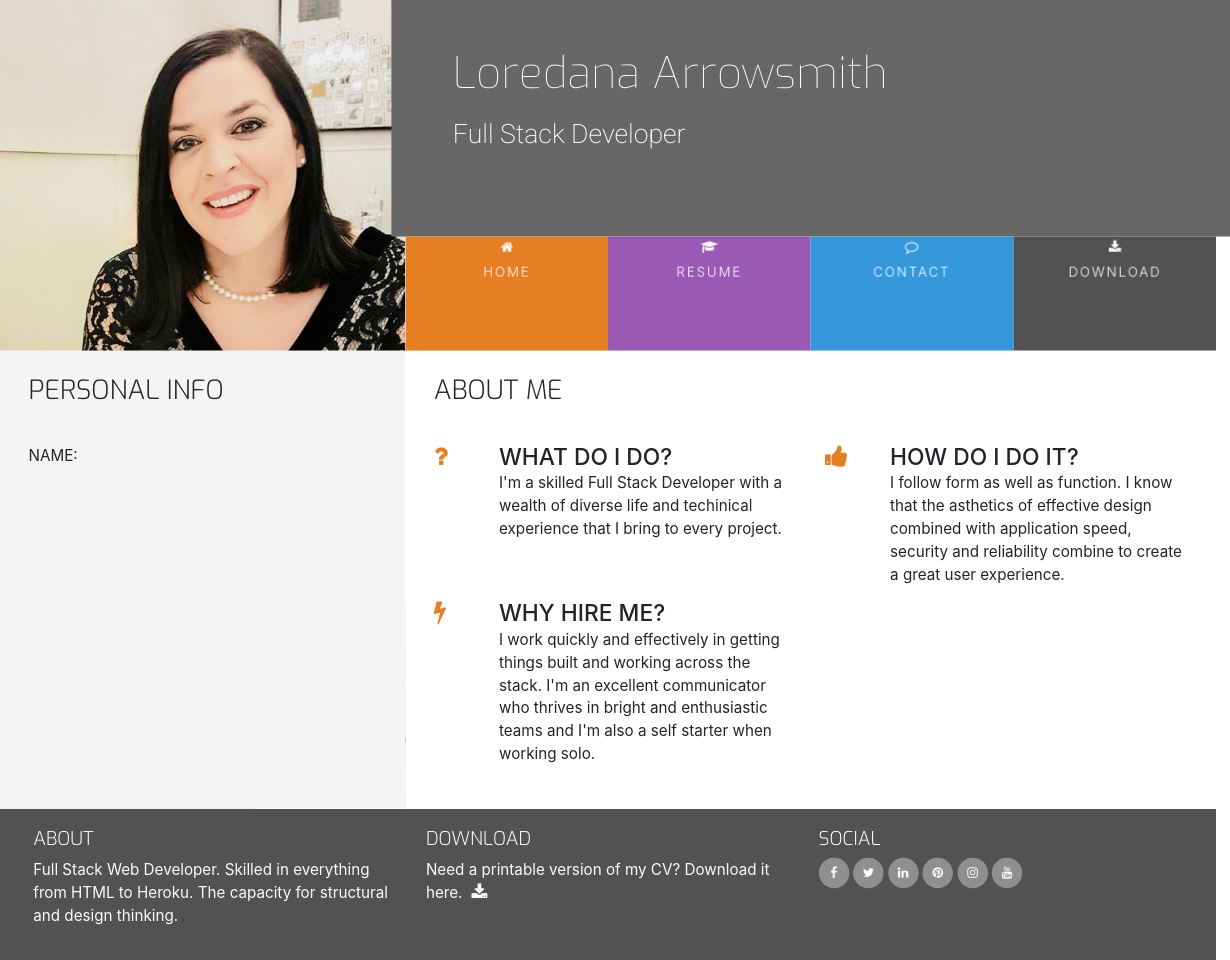
Repository: lolalongo11/Loredana-Resume
Page: index.html
The author's editor kept a record of every edit. The page is drawn from the files as they stood at one moment, then again after the next edit.
The browser window is 1280 px wide. The page is 1295 px wide, so the pictures cover 1295 px, including what lies to the right of the window. The pictures show the whole page, at 95% of full size.

Above is the page before.

After the next edit:
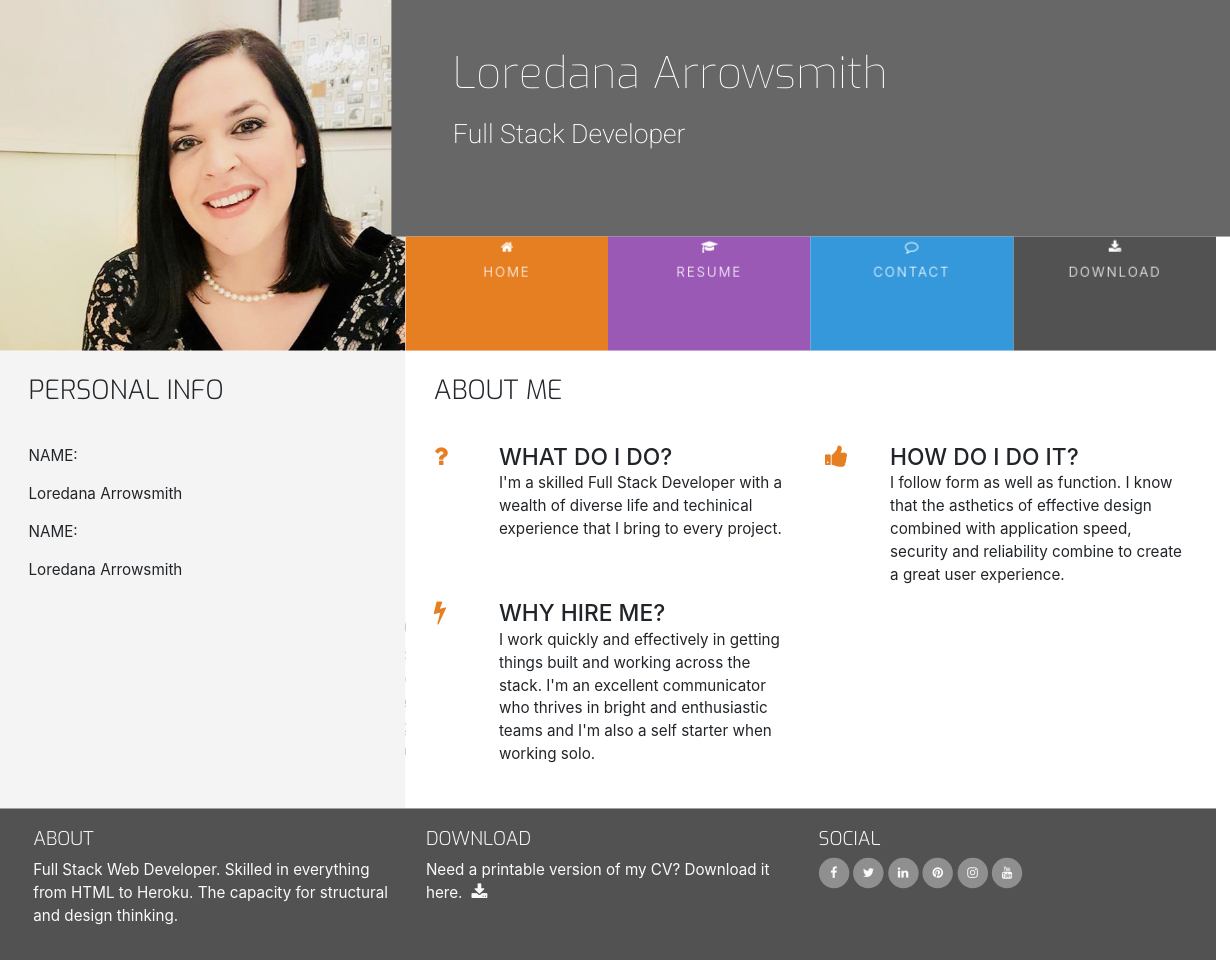
The edit:
--- a/index.html
+++ b/index.html
@@ -56,16 +56,29 @@
                     </div>
                 </div>
                 <div class="personal-info-item">
-                   <div class="key">
-                       <p class="uppercase">
-                           Name:
-                       </p>
-                       </div>
-                   <div class="value">
-                       <p>
-
-                       </p>
-                   </div>
+                    <div class="key">
+                        <p class="uppercase">
+                            Name:
+                        </p>
+                    </div>
+                    <div class="value">
+                        <p>
+                            Loredana Arrowsmith
+                        </p>
+                    </div>
+
+                </div>
+                <div class="personal-info-item">
+                    <div class="key">
+                        <p class="uppercase">
+                            Name:
+                        </p>
+                    </div>
+                    <div class="value">
+                        <p>
+                            Loredana Arrowsmith
+                        </p>
+                    </div>
 
                 </div>
             </div>
